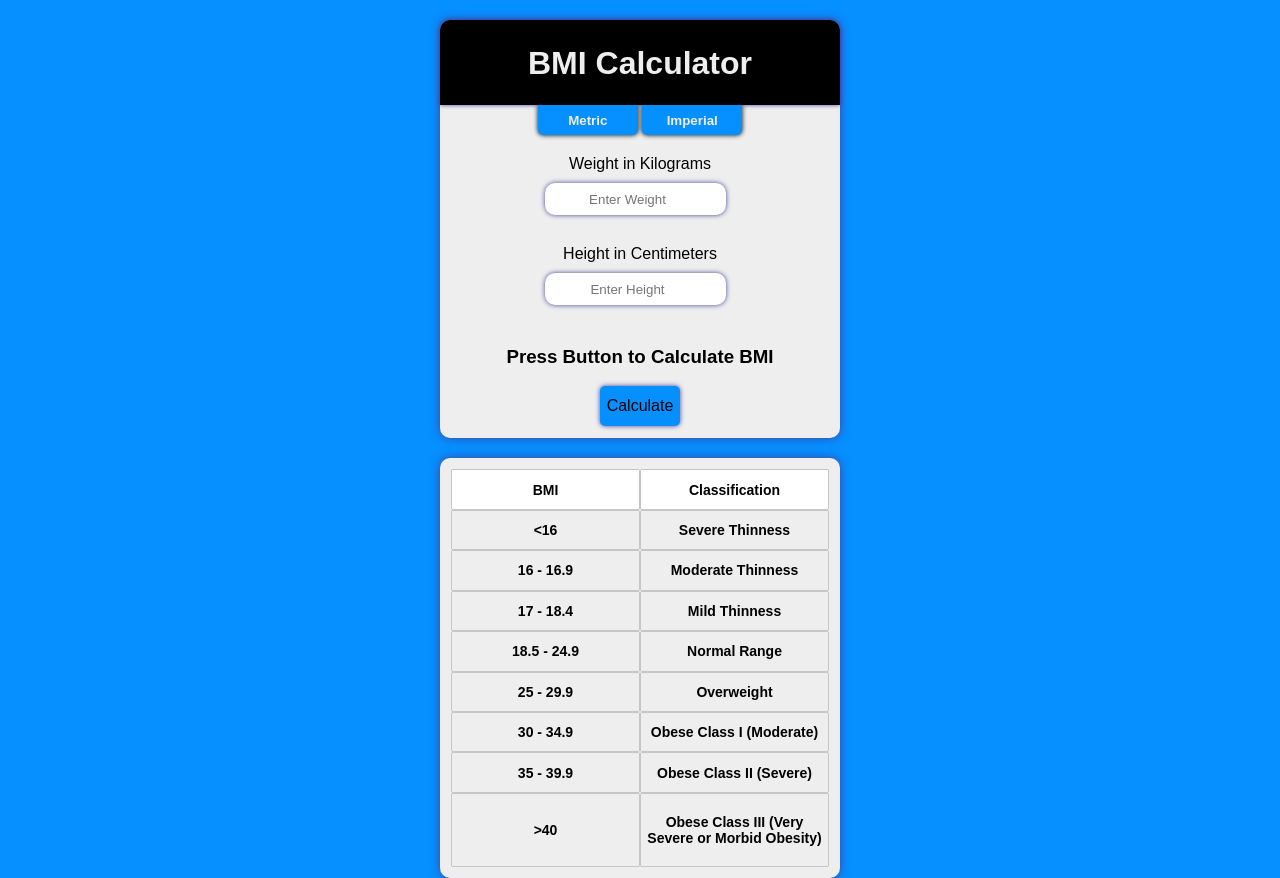
Repository: shayanabedi98/bmi-calculator
Page: index.html
The author's editor kept a copy of each file at every save. The page is drawn from the files as they stood at one save, then again after the next save.
The browser window is 1280 px wide. The pictures show the whole page.

Above is the page before, as saved 2023-07-24 21:11:08.

After the next save:
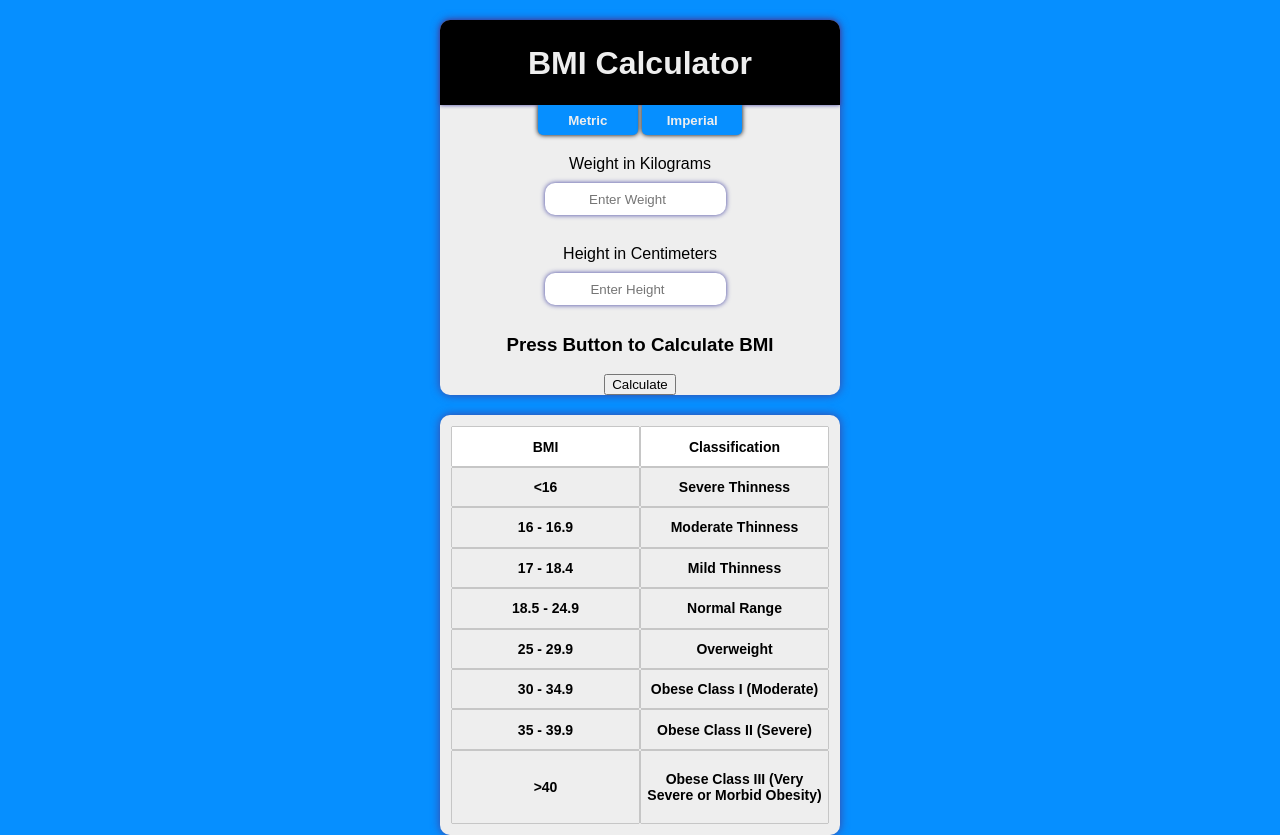
Saved 68 s later.
--- a/index.html
+++ b/index.html
@@ -23,6 +23,10 @@
                     <label class="height" for="height">Height in Centimeters</label>
                     <input type="number" placeholder="Enter Height" id="cm">
                 </div>
+                <div class="resultMetric">
+                    <h3>Press Button to Calculate BMI</h3>
+                    <button onclick="calcMetric()" class="calculate">Calculate</button>
+                </div>
             </div>
             <div class="imperial">
                 <div class="weight">
@@ -34,10 +38,6 @@
                     <input type="number" placeholder="Enter Feet" id="ft">
                     <input type="number" placeholder="Enter Inches" id="in">
                 </div>
-            </div>
-            <div class="result">
-                <h3>Press Button to Calculate BMI</h3>
-                <button onclick="calcMetric()" class="calculate">Calculate</button>
             </div>
         </div>
         <div class="card chart">
